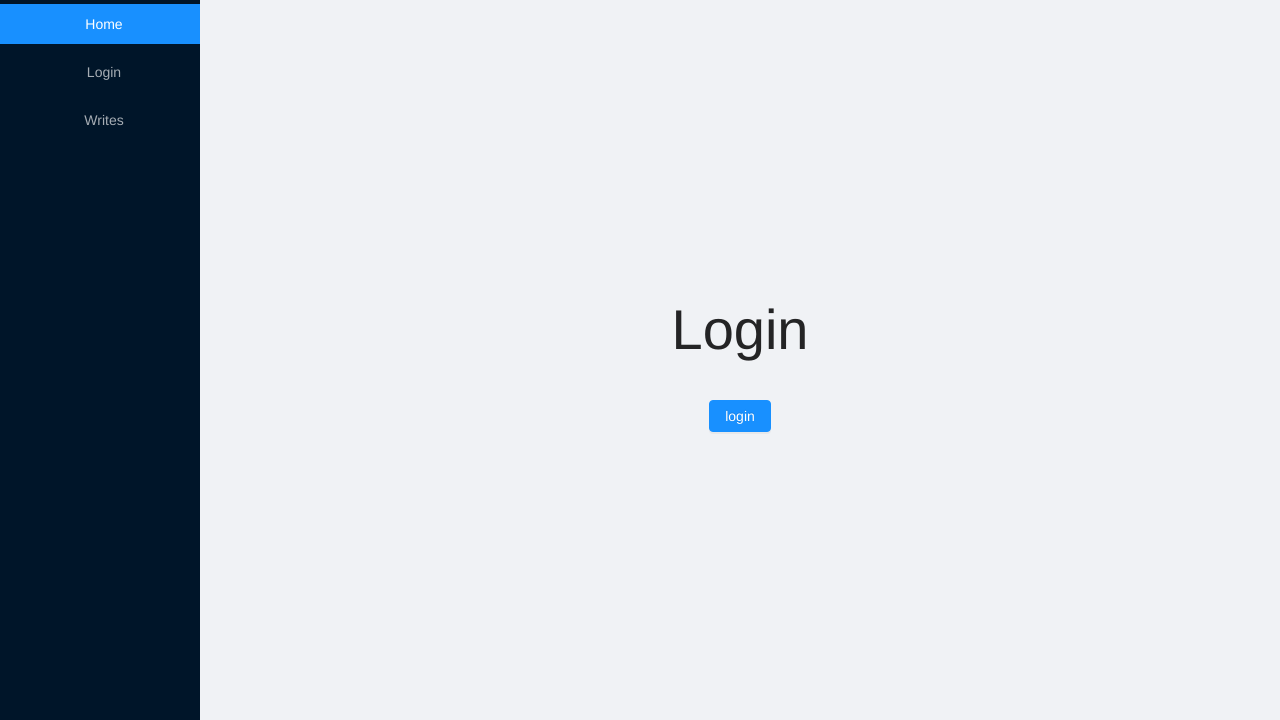
Repository: writesapp/mod
Page: /login
An editor plug-in stored every save of this project. The page is shown before and after the next save, followed by the edit.
The browser window is 1280 px wide. The pictures show the whole page.
The project was rebuilt for these pictures with package versions that can differ from the ones it lists, and the page was loaded fresh each time. Also part of the build but not shown: src/views/Home.vue, src/views/Writes.vue.

Above is the page before, as saved 2020-07-09 16:21:56.

### src/main.js
import Antd from 'ant-design-vue';
import Vue from 'vue';
import App from './App.vue';
import './registerServiceWorker';
import router from './router';
import store from './store';
import 'ant-design-vue/dist/antd.css';

Vue.config.productionTip = false;
Vue.use(Antd);

new Vue({
  router,
  store,
  render: (h) => h(App),
}).$mount('#app');

### src/App.vue
<template>
  <div id="app">
    <a-layout id="components-layout-demo-custom-trigger">
    <a-layout-sider v-model="collapsed" :trigger="null" collapsible>
      <div class="logo" />
      <a-menu theme="dark" mode="inline" :default-selected-keys="['1']">
        <a-menu-item key="1">
          <router-link to="/">Home</router-link>
        </a-menu-item>
        <a-menu-item key="2">
          <router-link to="/login">Login</router-link>
        </a-menu-item>
        <a-menu-item key="3">
          <router-link to="/writes">Writes</router-link>
        </a-menu-item>
      </a-menu>
    </a-layout-sider>
    <a-layout>
      <a-layout-content>
        <router-view/>
      </a-layout-content>
    </a-layout>
  </a-layout>
  </div>
</template>

<script>
import { auth } from '@/initFirebase';
import store from '@/store';

export default {
  name: "App",
  mounted() {
    auth.onAuthStateChanged((user) => store.dispatch("fetchUser", user));
  },
};
</script>

<style lang="scss">
#app {
  font-family: Avenir, Helvetica, Arial, sans-serif;
  -webkit-font-smoothing: antialiased;
  -moz-osx-font-smoothing: grayscale;
  text-align: center;
  color: #2c3e50;
}

.ant-layout {
  height: 100vh;
}
</style>

### src/router/index.js
import Vue from 'vue';
import VueRouter from 'vue-router';
import Home from '../views/Home.vue';
import Login from '../views/Login.vue';
import Writes from '../views/Writes.vue';

Vue.use(VueRouter);

const routes = [
  {
    path: '/',
    name: 'Home',
    component: Home,
  },
  {
    path: '/login',
    name: 'Login',
    // route level code-splitting
    // this generates a separate chunk (about.[hash].js) for this route
    // which is lazy-loaded when the route is visited.
    component: Login,
  },
  {
    path: '/writes',
    name: 'Writes',
    component: Writes,
  },
];

const router = new VueRouter({
  mode: 'history',
  base: process.env.BASE_URL,
  routes,
});

export default router;

### src/store/index.js
import Vue from 'vue';
import Vuex from 'vuex';

Vue.use(Vuex);

export default new Vuex.Store({
  state: {
    user: {
      loggedIn: false,
      data: null,
    },
  },
  mutations: {
    setLoggedState(state, value) {
      state.user.loggedIn = value;
    },
    setUser(state, data) {
      state.user.data = data;
    },
  },
  actions: {
    fetchUser({ commit }, user) {
      commit("setLoggedState", user !== null);
      if (user) {
        commit("setUser", {
          displayName: user.displayName,
          email: user.email,
        });
      } else {
        commit("setUser", null);
      }
    },
  },
});

### src/initFirebase.js
import firebase from 'firebase';

const configOptions = {
  apiKey: "AIzaSyBe23vGrWbbtK6cWQflEewoDvTBtKWQEBM",
  authDomain: "test-project-116cf.firebaseapp.com",
  databaseURL: "https://test-project-116cf.firebaseio.com",
  projectId: "test-project-116cf",
  storageBucket: "test-project-116cf.appspot.com",
  messagingSenderId: "507446435196",
  appId: "1:507446435196:web:8a13dc8c60ddcf65e058f9",
  measurementId: "G-H01LY21GK7",
};

firebase.initializeApp(configOptions);

export const auth = firebase.auth();
export const googleProvider = new firebase.auth.GoogleAuthProvider();

### src/views/Login.vue
<template>
  <div class="home">
    <div class="login">
      <h1>Login</h1>
      <a-button type="primary" @click.native="login()">
      login
      </a-button>
    </div>
  </div>
</template>

<script>
import { auth, googleProvider } from '@/initFirebase';
import store from '@/store';

export default {
  name: 'Login',
  methods: {
    login() {
      auth.signInWithPopup(googleProvider)
        .then((result) => {
          store.dispatch("fetchUser", result.user);
          this.$router.push('/');
        })
        .catch((err) => alert(`Something went wrong: ${err.message}`));
    },
  },
};
</script>

<style scoped>
  h1 {
    font-size: 4em;
  }

  .login {
    height: 100vh;
    display: flex;
    flex-direction: column;
    align-items: center;
    justify-content: center;
  }
</style>

Loaded but not shown: public/index.html (common file); src/registerServiceWorker.js (common file)

After the next save:
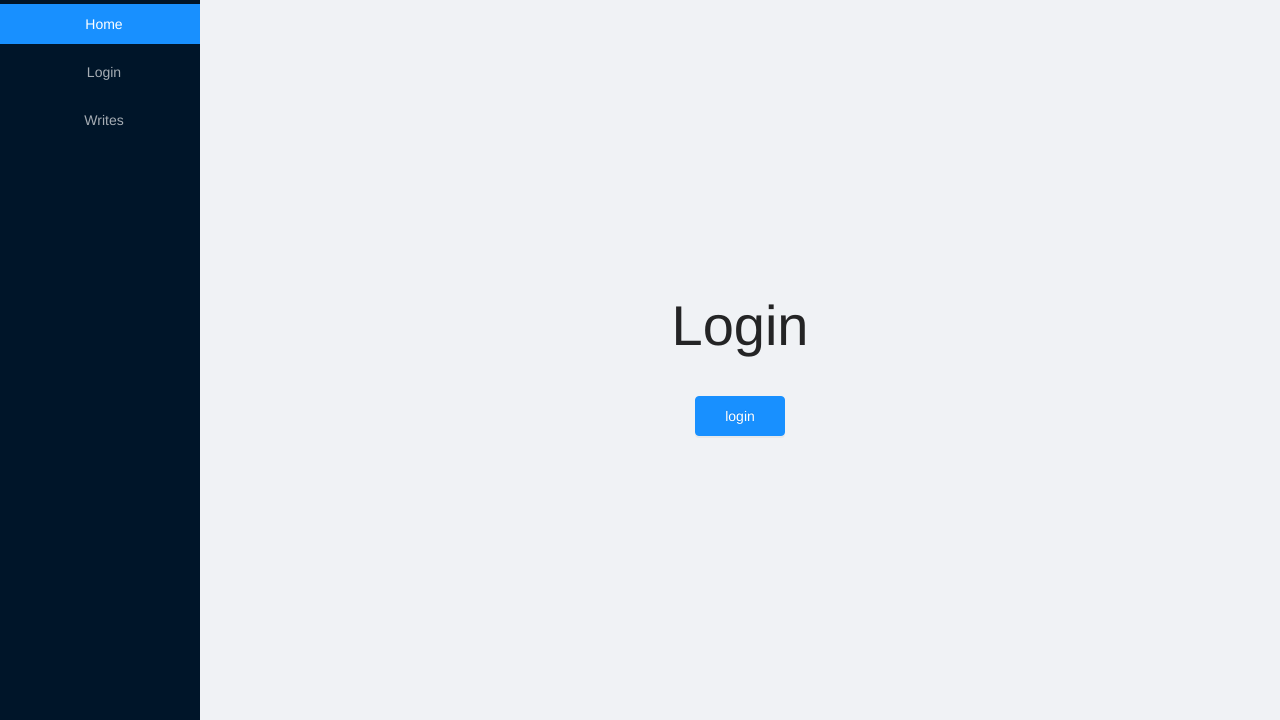
Saved 119 s later.
--- a/src/views/Login.vue
+++ b/src/views/Login.vue
@@ -33,6 +33,11 @@ export default {
     font-size: 4em;
   }
 
+  button {
+    width: 90px;
+    height: 40px;
+  }
+
   .login {
     height: 100vh;
     display: flex;
